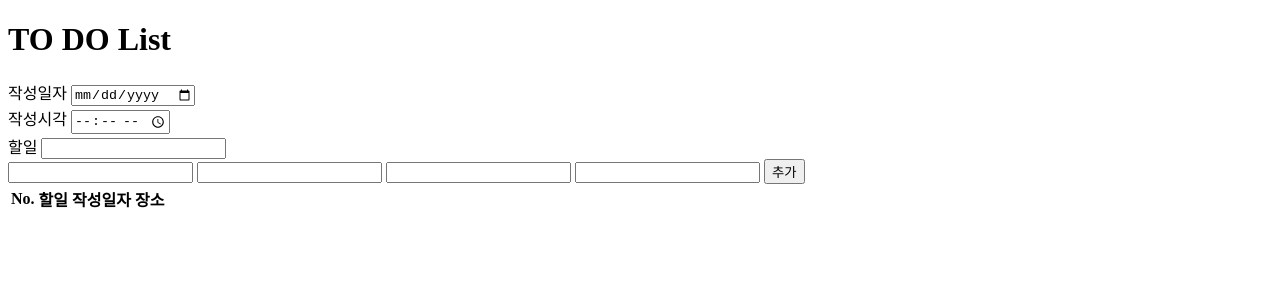
Repository: soyeon-noh/TodoList_Project
Page: http://localhost/Server_PR_TodoList/
An editor plug-in stored every save of this project. The page is shown before and after a run of saves, followed by the edit.
The browser window is 1280 px wide. The pictures show the whole page.
The page is served by Tomcat 9. Other server files are loaded and not shown. Queries for data that is not in the repository find no rows.

Above is the page before, as saved 2021-05-24 04:08:45.

### Server_PR_TodoList/src/main/webapp/WEB-INF/views/home.jsp
<%@ page language="java" contentType="text/html; charset=UTF-8"
    pageEncoding="UTF-8"%>
<%@ taglib uri="http://java.sun.com/jsp/jstl/core"
			prefix="c"%>
<c:set value="${pageContext.request.contextPath}"
		var="rootPath"/>
<!DOCTYPE html>
<html>
<head>
<meta charset="UTF-8">
<title>Insert title here</title>
</head>
  <body>
    <h1>TO DO List</h1>
    <form>
    	<div>
    		<label for="date">작성일자</label>
    		<input name="td_date"
    				type="date" value="${TD.td_date}">
    	</div>

    	<div>
    		<label for="time">작성시각</label>
    		<input name="td_time"
    				type="time" value="${TD.td_time}">
    	</div>

    	<div>
    		<label for="todo">할일</label>
    		<input name="td_todo"
    				type="text" value="${TD.td_todo}">
    	</div>

      <input name="date" />
      <input name="time" />
      <input name="todo" />
      <input name="place" />
    <button>추가</button>
    </form>
    <table id="tdlist">
      <tr>
        <th>No.</th>
        <th>할일</th>
        <th>작성일자</th>
        <th>장소</th>
      </tr>
      <c:forEach items="${TDLIST}" var="TD">
        <tr>
          <td>${TD.td_seq}"</td>
          <td>${TD.td_todo}"</td>
          <td>${TD.td_date}"</td>
          <td>${TD.td_place}"</td>
        </tr>
      </c:forEach>
    </table>
  </body>
</html>

### Server_PR_TodoList/src/main/java/com/callor/todo/controller/HomeController.java
package com.callor.todo.controller;

import java.io.IOException;
import java.text.SimpleDateFormat;
import java.util.Date;
import java.util.List;

import javax.servlet.ServletException;
import javax.servlet.annotation.WebServlet;
import javax.servlet.http.HttpServlet;
import javax.servlet.http.HttpServletRequest;
import javax.servlet.http.HttpServletResponse;

import com.callor.todo.model.TodoListVO;
import com.callor.todo.service.TodoService;
import com.callor.todo.service.impl.TodoServiceImplV1;

@WebServlet("/")
public class HomeController extends HttpServlet{

	protected TodoService tdService;
	public HomeController() {
		tdService = new TodoServiceImplV1();
	}
	@Override
	protected void doGet(HttpServletRequest req, HttpServletResponse resp) throws ServletException, IOException {

		List<TodoListVO> tdList = tdService.selectAll();
		req.setAttribute("TDLIST", tdList);
		RequestController.reqController(req, resp, "home");


		TodoListVO tdVO = new TodoListVO();

		// SimpleDateFormat : 날짜 및 시간을 형식화하고 구문 분석하는 메소드 제공
		SimpleDateFormat sd = new SimpleDateFormat("yyyy-MM-dd");
		SimpleDateFormat st = new SimpleDateFormat("HH:mm:ss");

		// 현재시간을 저장
		Date date = new Date(System.currentTimeMillis());

		// 현재 시간을 변환해 VO에 넣어준다
		tdVO.setTd_seq(0L);
		tdVO.setTd_date(sd.format(date));
		tdVO.setTd_time(st.format(date));


	}



}

### Server_PR_TodoList/src/main/java/com/callor/todo/service/impl/TodoServiceImplV1.java
package com.callor.todo.service.impl;

import java.sql.Connection;
import java.sql.PreparedStatement;
import java.sql.ResultSet;
import java.sql.SQLException;
import java.util.ArrayList;
import java.util.List;

import com.callor.todo.config.DbInfo;
import com.callor.todo.config.MySQLConnection;
import com.callor.todo.model.TodoListVO;
import com.callor.todo.service.TodoService;

public class TodoServiceImplV1 implements TodoService{

	// 먼저 db와 연결
	protected Connection dbConn;

	public TodoServiceImplV1() {
		dbConn = MySQLConnection.getDBConnection();
	}


	protected List<TodoListVO> select(PreparedStatement pStr) throws SQLException{
		// TODO DB로부터 데이터를 받아와 List에 저장
		List<TodoListVO> tdList = new ArrayList<TodoListVO>();

		ResultSet rSet = pStr.executeQuery();
		while(rSet.next()) {
			TodoListVO tdVO = new TodoListVO();
			tdVO.setTd_seq(rSet.getLong(DbInfo.td_seq));
			tdVO.setTd_date(rSet.getString(DbInfo.td_date));
			tdVO.setTd_time(rSet.getString(DbInfo.td_time));
			tdVO.setTd_todo(rSet.getString(DbInfo.td_todo));
			tdVO.setTd_place(rSet.getString(DbInfo.td_place));
		}

		// 데이터 확인
		System.out.println("select : " + tdList.toString());
		return tdList;
	}

	@Override
	public List<TodoListVO> selectAll() {
		// TODO List 전체 데이터 조회

		String sql = " SELECT * FROM tbl_todo_list ";
		sql += " ORDER BY td_date DESC, td_time DESC ";

		PreparedStatement pStr = null;

		try {
			pStr = dbConn.prepareStatement(sql);
			List<TodoListVO> tdList = this.select(pStr);
			pStr.close();

			System.out.println(tdList.toString());
			return tdList;
		} catch (SQLException e) {
			// TODO Auto-generated catch block
			e.printStackTrace();
		}
		return null;
	}

	@Override
	public TodoListVO findById(Long seq) {
		// TODO 일련번호로 조회
		return null;
	}

	@Override
	public List<TodoListVO> findByDate(String td_date) {
		// TODO 날짜로 조회
		String sql = " SELECT * FROM tbl_todo_list ";
		sql += " WHERE td_date = ? ";

		PreparedStatement pStr = null;




		return null;
	}

	@Override
	public List<TodoListVO> findByTodo(String td_todo) {
		// TODO 할일내용으로 조회
		return null;
	}

	@Override
	public List<TodoListVO> findByPlace(String td_place) {
		// TODO 장소로 조회
		return null;
	}

	@Override
	public Integer insert(TodoListVO tdVO) {
		// TODO 데이터 추가

		String sql = " INSERT INTO tbl_todo_list ";
		sql += " ( ";
		sql += " td_date ";
		sql += " td_time ";
		sql += " td_todo ";
		sql += " td_place) ";
		sql += " VALUES( ?,?,?,? ) ";

		// SQL 구문을 실행시키는 객체
		PreparedStatement pStr = null;

		try {
			pStr = dbConn.prepareStatement(sql);
			pStr.setString(1, tdVO.getTd_date());
			pStr.setString(2, tdVO.getTd_time());
			pStr.setString(3, tdVO.getTd_todo());
			pStr.setString(4, tdVO.getTd_place());
			return pStr.executeUpdate();

		} catch (SQLException e) {
			// TODO Auto-generated catch block
			e.printStackTrace();
		}
		return null;
	}

	@Override
	public Integer update(TodoListVO tdVO) {
		// TODO 데이터 업데이트
		String sql = " UPDATE tbl_todo_list SET ";
		sql += " td_date = ?, ";
		sql += " td_time = ?, ";
		sql += " td_todo = ?, ";
		sql += " td_place = ? ";

		sql += " WHERE td_seq = ? ";

		PreparedStatement pStr = null;

		try {
			pStr = dbConn.prepareStatement(sql);
			pStr.setString(1, tdVO.getTd_date());
			pStr.setString(2, tdVO.getTd_time());
			pStr.setString(3, tdVO.getTd_todo());
			pStr.setString(4, tdVO.getTd_place());

			pStr.setLong(5, tdVO.getTd_seq());
			return pStr.executeUpdate();

		} catch (SQLException e) {
			// TODO Auto-generated catch block
			e.printStackTrace();
		}

		return null;
	}

	@Override
	public Integer delete(Long seq) {
		// TODO 데이터 삭제

		String sql = " DELETE FROM tbl_todo_list ";
		sql += "WHERE td_seq = ?";

		PreparedStatement pStr = null;

		try {
			pStr = dbConn.prepareStatement(sql);
			pStr.setLong(1, seq);
			return pStr.executeUpdate();

		} catch (SQLException e) {
			// TODO Auto-generated catch block
			e.printStackTrace();
		}
		return null;
	}
}

### Server_PR_TodoList/src/main/java/com/callor/todo/config/MySQLConnection.java
package com.callor.todo.config;

import java.sql.Connection;
import java.sql.DriverManager;
import java.sql.SQLException;

public class MySQLConnection {

	private static Connection dbConn;

	static {

		String jdbcDriver = "com.mysql.cj.jdbc.Driver";
		String url = "jdbc:mysql://localhost:3306/todolist";
		String username = "tdUser";
		String password = "12345";

		try {
			Class.forName(jdbcDriver);
			if(dbConn == null) {
				dbConn = DriverManager.getConnection(url, username, password);
			}
			System.out.println("MySQL 접속 성공!!");
		} catch (ClassNotFoundException e) {
			System.out.println("MySQL Driver 를 찾을 수 없음");
		} catch (SQLException e) {
			System.out.println("MySQL DBMS 연결 실패");
		}
	}

	public static Connection getDBConnection() {
		return dbConn;
	}

}

### Server_PR_TodoList/src/main/java/com/callor/todo/controller/RequestController.java
package com.callor.todo.controller;

import java.io.IOException;

import javax.servlet.ServletException;
import javax.servlet.http.HttpServlet;
import javax.servlet.http.HttpServletRequest;
import javax.servlet.http.HttpServletResponse;

public class RequestController extends HttpServlet{

	public static void reqController (HttpServletRequest req,
			HttpServletResponse resp, String file) throws ServletException, IOException {

		String root = "/WEB-INF/views/" + file + ".jsp";

		req.getRequestDispatcher(root)
		.forward(req, resp);


	}

}

### Server_PR_TodoList/src/main/java/com/callor/todo/model/TodoListVO.java
package com.callor.todo.model;

import lombok.AllArgsConstructor;
import lombok.Getter;
import lombok.NoArgsConstructor;
import lombok.Setter;
import lombok.ToString;

@Getter
@Setter
@ToString
@NoArgsConstructor
@AllArgsConstructor
public class TodoListVO {

	private Long td_seq;	//BIGINT
    private String td_date;	//VARCHAR(20)
    private String td_time;	//VARCHAR(20)
	private String td_todo;	//VARCHAR(200)
    private String td_place;	//VARCHAR(125)
}

After the next 2 saves:
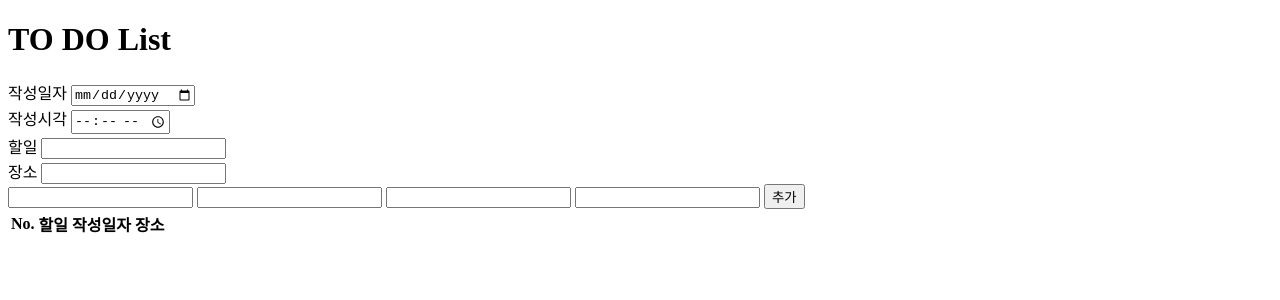
The 2 saves are shown as one change because they came seconds apart.
The last was saved 50 s later.
--- a/Server_PR_TodoList/src/main/webapp/WEB-INF/views/home.jsp
+++ b/Server_PR_TodoList/src/main/webapp/WEB-INF/views/home.jsp
@@ -31,6 +31,12 @@
     				type="text" value="${TD.td_todo}">
     	</div>
 
+    	<div>
+    		<label for="place">장소</label>
+    		<input name="td_place"
+    				type="text" value="${TD.td_place}">
+    	</div>
+
       <input name="date" />
       <input name="time" />
       <input name="todo" />
